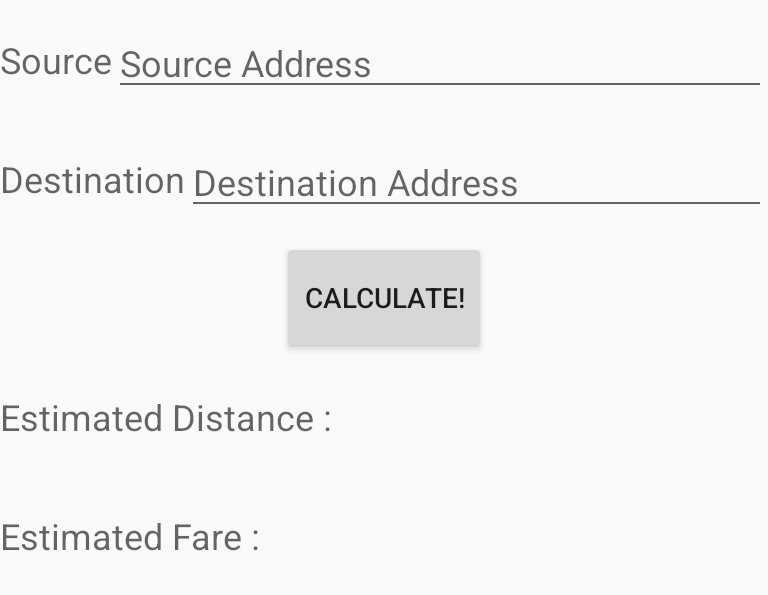
Repository: cravindra/autofareprototype
Layout: AutoFarePrototype/res/layout/activity_main.xml
These files come from the project's save history. The layout is drawn as it stood at one moment and after the next save; the edit follows.
The pictures show rows 685 to 1280 of an output 1280 px tall.
It is drawn on a 768 x 1280 px phone screen (xhdpi) without system bars, with theme AppTheme; the app's code is not run.

Above is the layout before, as saved 2014-07-17 05:41:23.

After the next save:
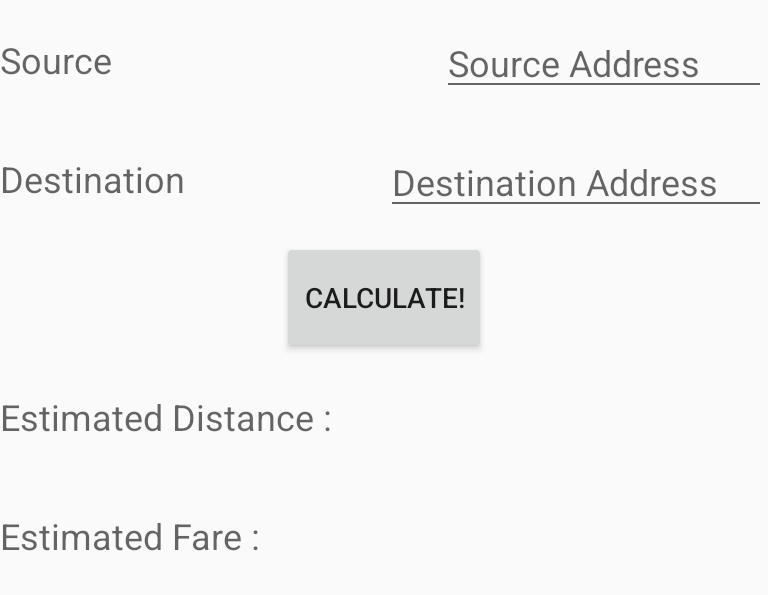
Saved 3 h 40 min later.
--- a/AutoFarePrototype/res/layout/activity_main.xml
+++ b/AutoFarePrototype/res/layout/activity_main.xml
@@ -26,20 +26,22 @@
             android:layout_height="0dp"
             android:layout_weight="1"
             android:gravity="center"
-            android:orientation="horizontal" >
+            android:orientation="horizontal"
+            android:weightSum="1">
 
             <TextView
                 android:id="@+id/tv_src"
                 android:layout_width="wrap_content"
                 android:layout_height="wrap_content"
                 android:text="@string/src_string"
-                android:textAppearance="?android:attr/textAppearanceMedium" />
+                android:textAppearance="?android:attr/textAppearanceMedium"
+                android:layout_weight="0.5" />
 
             <EditText
                 android:id="@+id/et_src"
-                android:layout_width="170dp"
+                android:layout_width="0dp"
                 android:layout_height="wrap_content"
-                android:layout_weight="1"
+                android:layout_weight="0.5"
                 android:ems="10"
                 android:hint="Source Address"
                 android:inputType="text" />
@@ -55,16 +57,17 @@
 
             <TextView
                 android:id="@+id/tv_dest"
-                android:layout_width="wrap_content"
+                android:layout_width="0dp"
                 android:layout_height="wrap_content"
+                android:layout_weight="0.5"
                 android:text="@string/dest_string"
                 android:textAppearance="?android:attr/textAppearanceMedium" />
 
             <EditText
                 android:id="@+id/et_dest"
-                android:layout_width="160dp"
+                android:layout_width="0dp"
                 android:layout_height="wrap_content"
-                android:layout_weight="1"
+                android:layout_weight="0.5"
                 android:ems="10"
                 android:hint="Destination Address"
                 android:inputType="text" />
